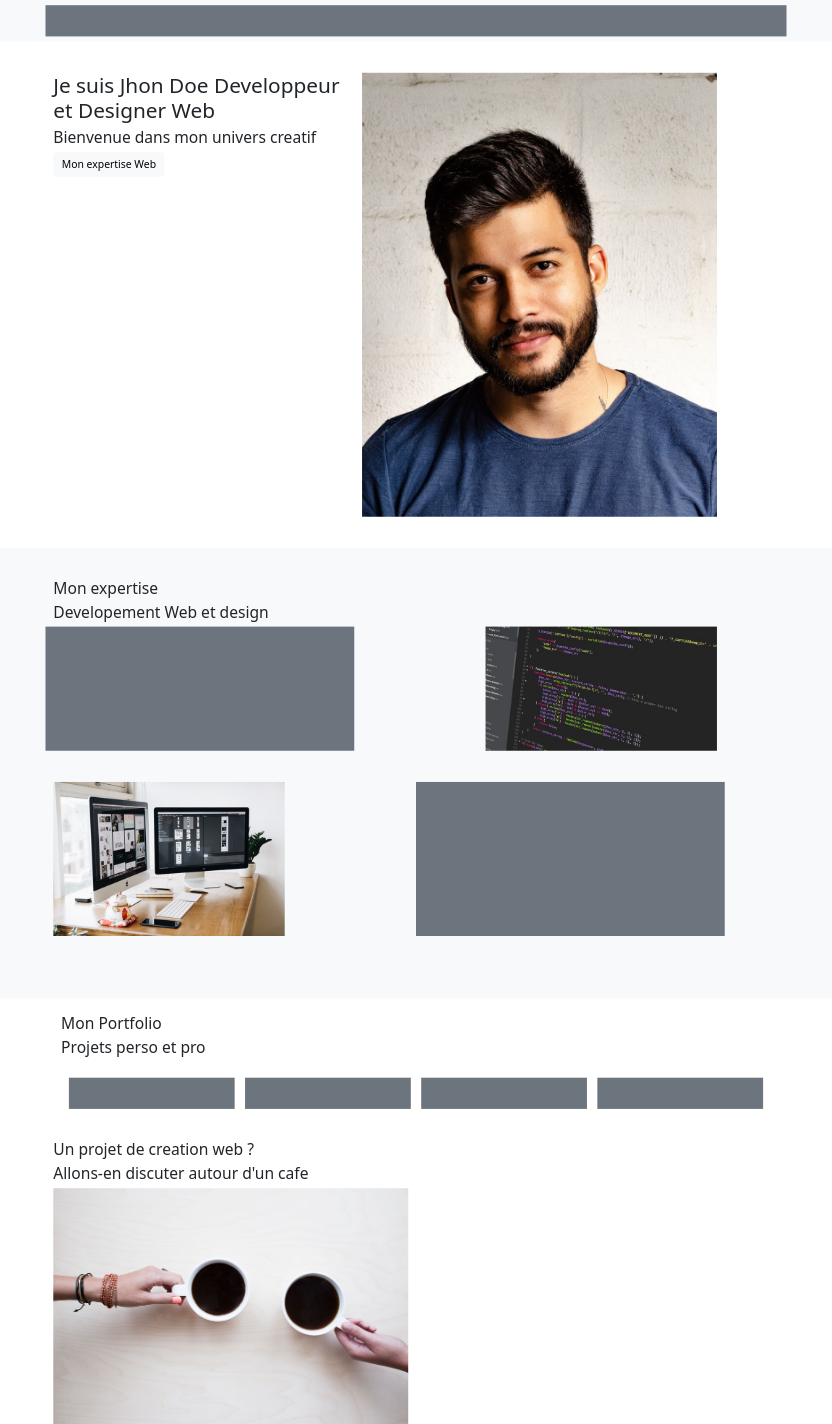
Repository: wadelfadill/Bootstrap_tache_1_portfolio
Page: index.html
The author's editor kept a copy of each file at every save. The page is drawn from the files as they stood at one save, then again after the next save.
The browser window is 1280 px wide. The pictures show the whole page, at 65% of full size.

Above is the page before, as saved 2023-03-27 13:13:53.

After the next save:
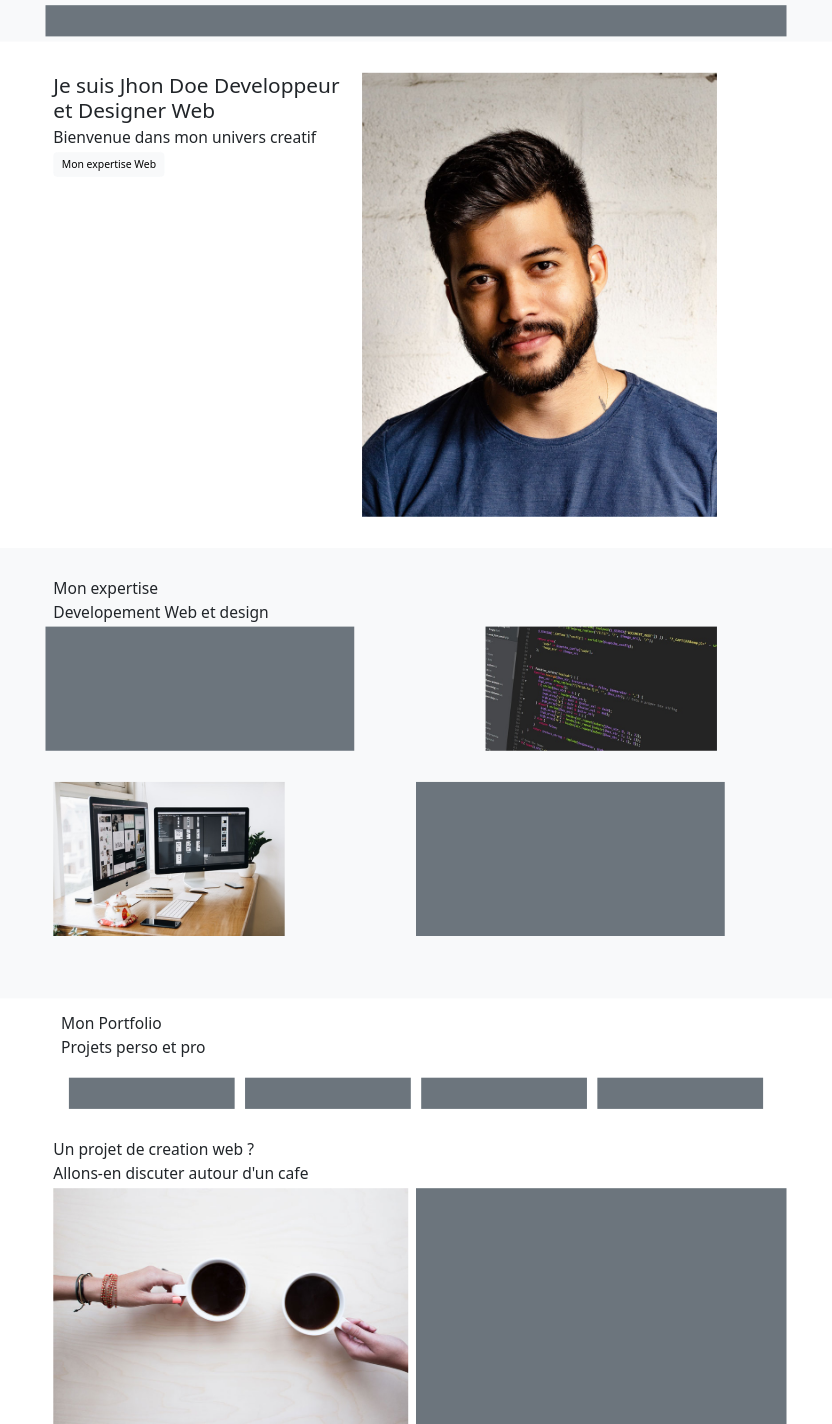
Saved 23 s later.
--- a/index.html
+++ b/index.html
@@ -77,7 +77,7 @@
                     <div class="col">
                         <img src="img/grab-a-coffee.jpg" class="w-100" alt="">
                     </div>
-                    <div class="col"></div>
+                    <div class="col bg-secondary"></div>
                 </div>
             </div>
         </section>
